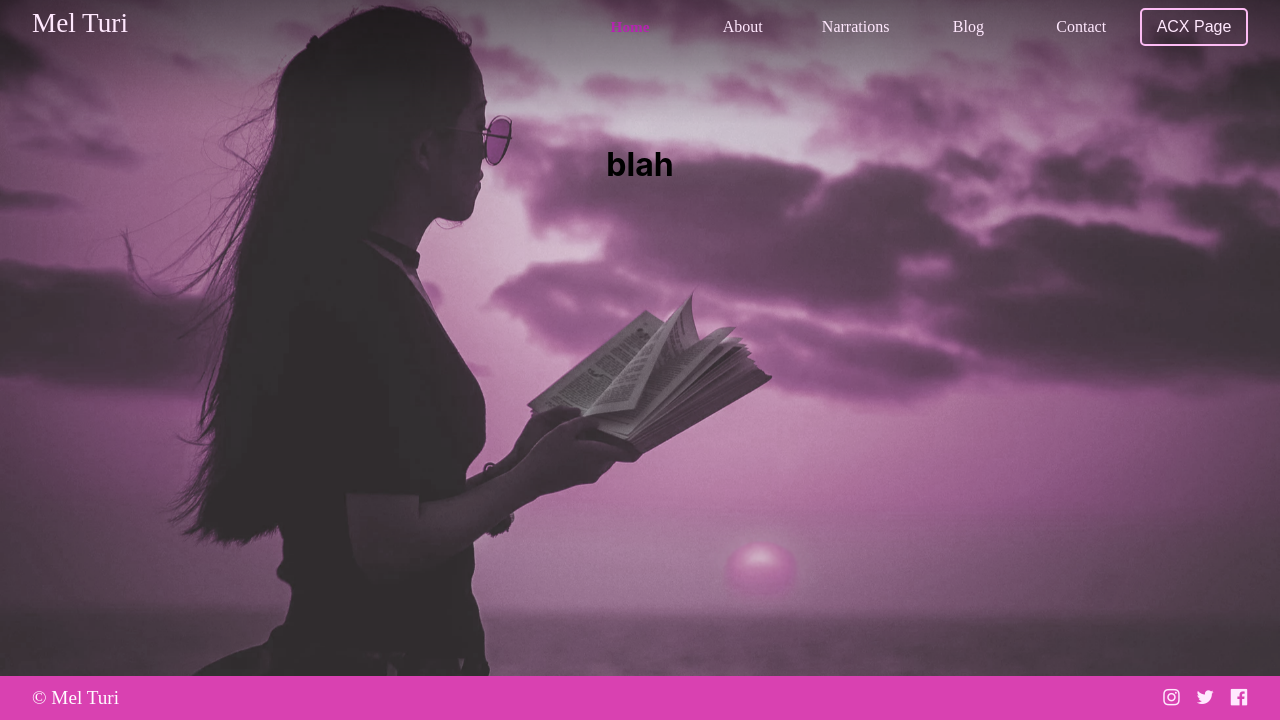
Repository: mel-turi/mel-turi-website
Page: /
The author's editor kept a copy of each file at every save. The page is drawn from the files as they stood at one save, then again after the next save.
The browser window is 1280 px wide. The pictures show the whole page.
Some web fonts or font styles are not loaded; a fallback is used. The project was rebuilt for these pictures with package versions that can differ from the ones it lists, and the page was loaded fresh each time. Also part of the build but not shown: src/About.js, src/Narrations.js, src/Blog.js, src/Contact.js.

Above is the page before, as saved 2019-08-24 18:50:04.

After the next save:
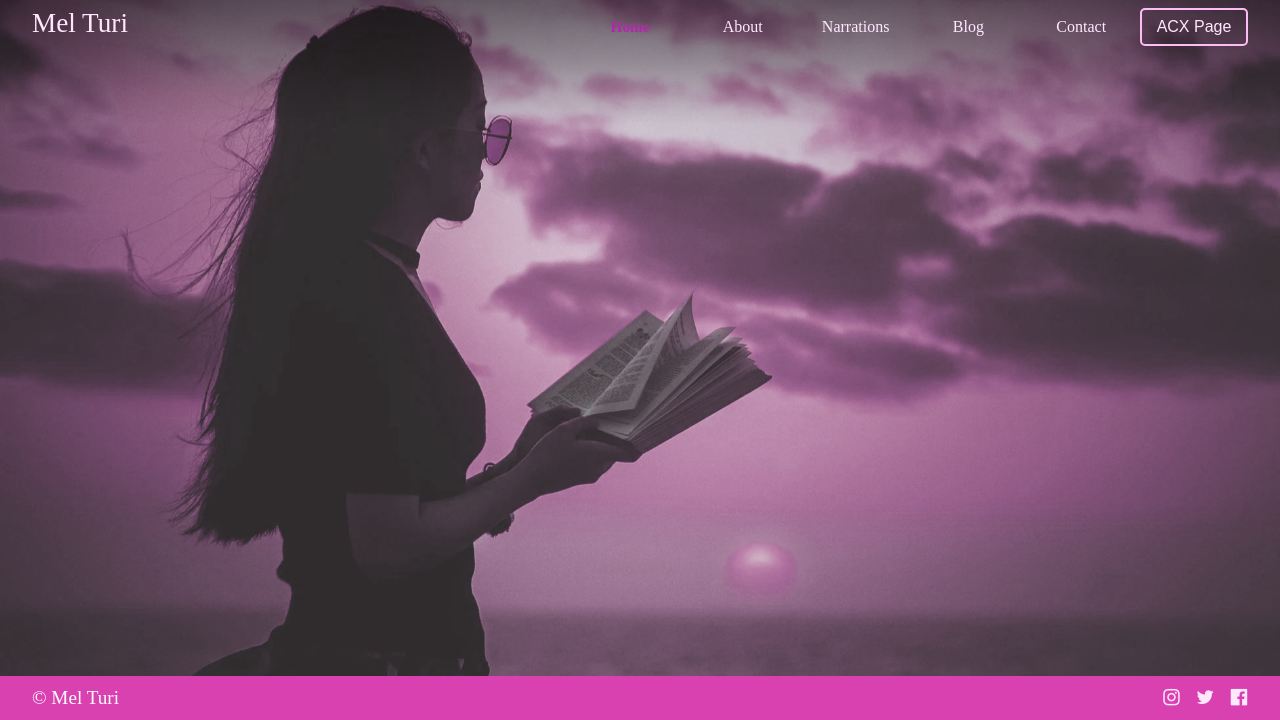
Saved 44 s later.
--- a/src/Content.js
+++ b/src/Content.js
@@ -8,7 +8,9 @@ const Content = props => {
 
   useEffect(() => {
     setItem1({
-      title: 'blah'
+      title: '',
+      content: '',
+      class: ''
     });
     setItem2({});
     setItem3({});
